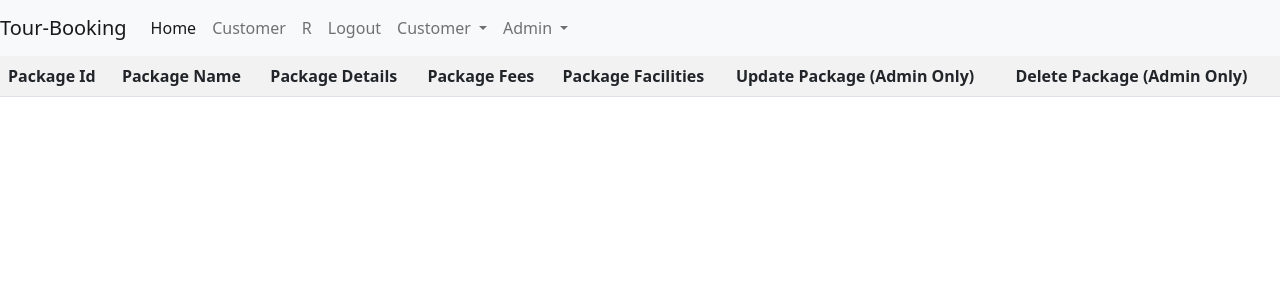
Repository: shivambhat45/Tour-Booking
Page: http://localhost/home
An editor plug-in stored every save of this project. The page is shown before and after the next save, followed by the edit.
The browser window is 1280 px wide. The pictures show the whole page.
Some web libraries are served in a nearby version. The page is this project's Thymeleaf template; nobody is signed in. The template is opened directly, without the code that normally fills it, so the values that code supplies are empty.

Above is the page before, as saved 2022-10-29 21:54:23.

After the next save:
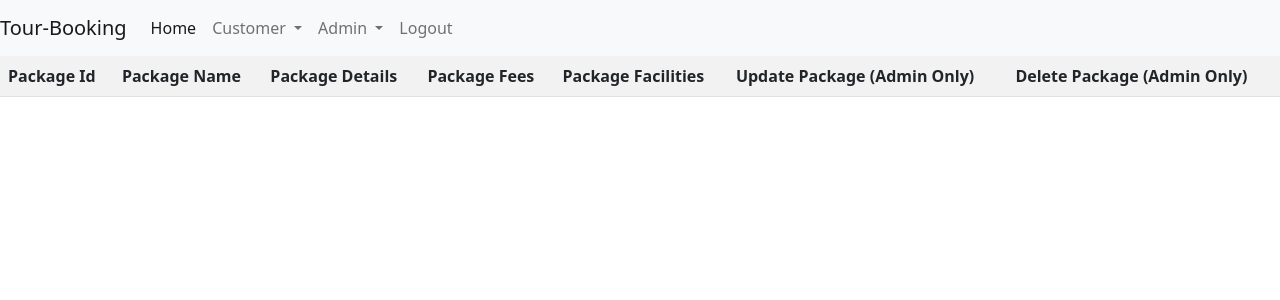
Saved 2 min 10 s later.
--- a/frontend-ui/src/main/resources/templates/home.html
+++ b/frontend-ui/src/main/resources/templates/home.html
@@ -19,9 +19,6 @@
 		<div class="collapse navbar-collapse" id="navbarNavAltMarkup">
 			<div class="navbar-nav">
 				<a class="nav-item nav-link active" href="/home">Home <span class="sr-only"></span></a>
-				<a class="nav-item nav-link" href="#">Customer</a>
-				<a class="nav-item nav-link" href="#">R</a>
-				<a class="nav-item nav-link" href="/logout">Logout</a>
 				<li class="nav-item dropdown">
 					<a class="nav-link dropdown-toggle" href="#" id="navbarDropdown" role="button"
 						data-toggle="dropdown" aria-haspopup="true" aria-expanded="false">
@@ -46,6 +43,7 @@
 						<a class="dropdown-item" href="listBooking">List Booking</a>
 					</div>
 				</li>
+				<a class="nav-item nav-link" href="/logout">Logout</a>
 			</div>
 		</div>
 	</nav>
